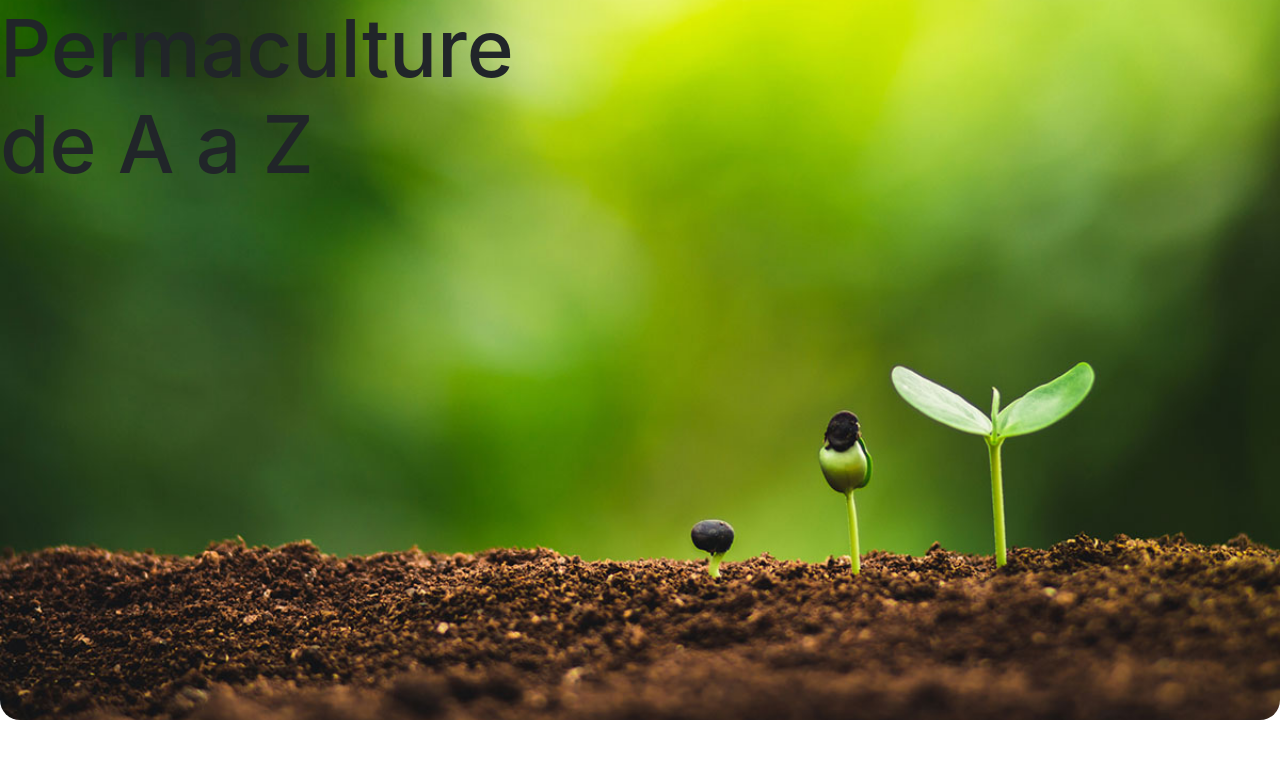
Repository: ahthionkevin/permaculture
Page: index.html
These files come from the project's save history. The page is drawn as it stood at one moment and after the next save; the edit follows.
The browser window is 1280 px wide. The pictures show the whole page.

Above is the page before, as saved 2021-07-06 21:17:12.

### index.html
<!DOCTYPE html>
<html lang="fr">
<head>
    <meta charset="UTF-8">
    <meta http-equiv="X-UA-Compatible" content="IE=edge">
    <meta name="viewport" content="width=device-width, initial-scale=1.0">
    <title>Document</title>
    <link rel="stylesheet" href="./bootstrap.css">
    <link rel="stylesheet" href="./style.css">
</head>
<body>
    <header>
        <h1>Permaculture <br>de A a Z</h1>
    </header>

</body>
</html>

### style.css
html{
    scroll-behavior: smooth;
}

h2, h3, h4, .nav-item, #transition, footer{
    text-align: center;
}

header{
    background: url(./media/main.jpg) no-repeat 50% 50%;
    background-size: cover;
    height: 100vh;
    border-radius: 0 0 20px 20px;
    margin-bottom: 40px;
}

h1{
    font-size: 5rem;
}

Loaded but not shown: bootstrap.css (library)

After the next save:
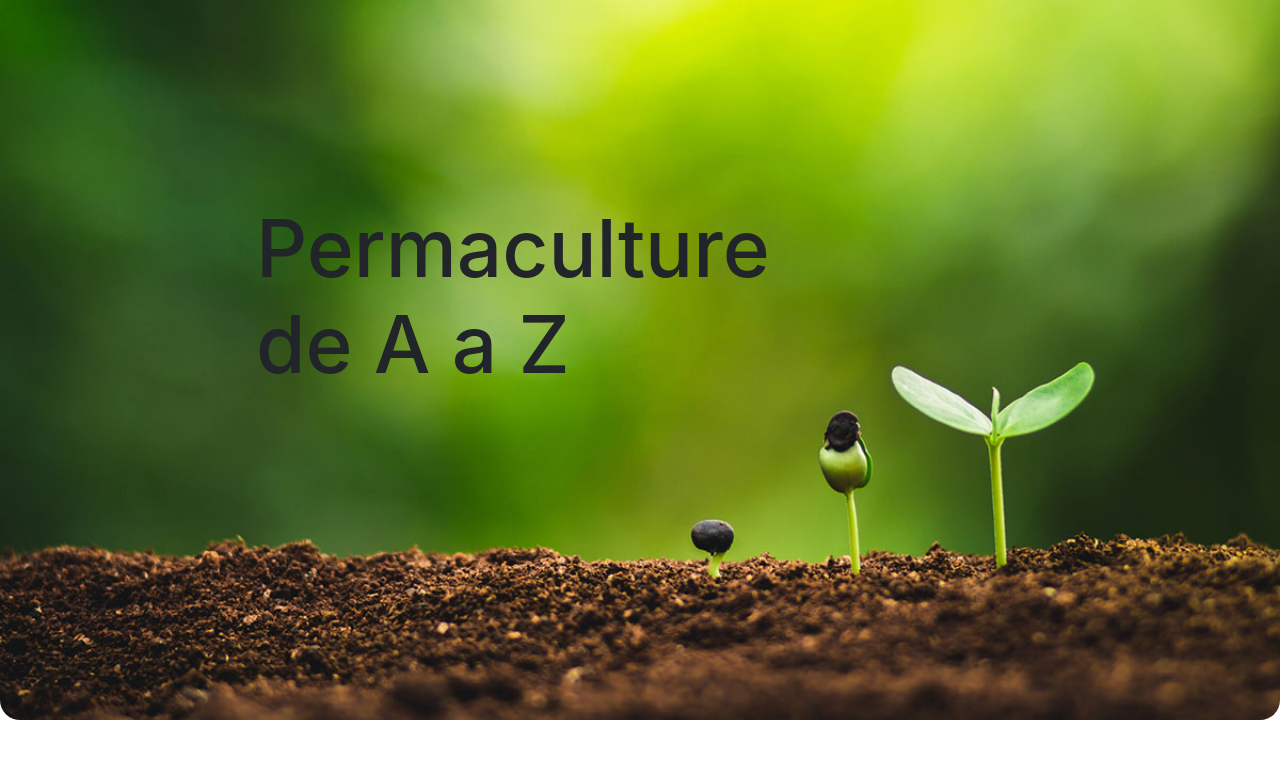
Saved 24 s later.
--- a/style.css
+++ b/style.css
@@ -16,4 +16,5 @@ header{
 
 h1{
     font-size: 5rem;
+    padding: 200px 0 0 20%;
 }
